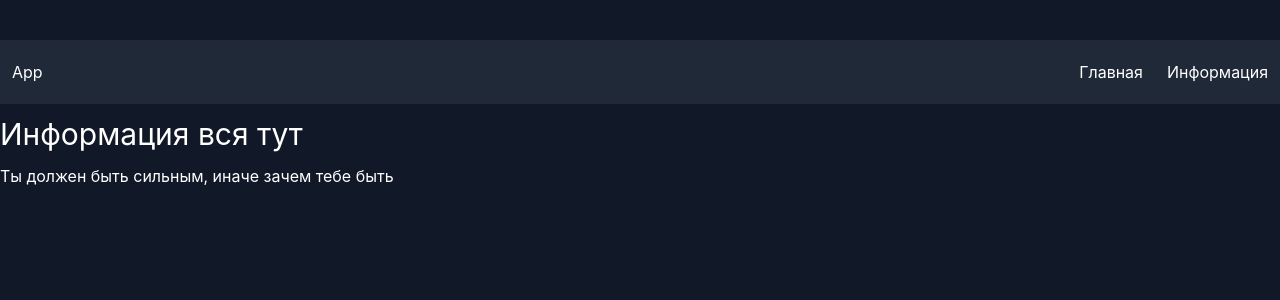
Repository: VachArt/react-exam-work
Page: /about
These files come from the project's save history. The page is drawn as it stood at one moment and after the next save; the edit follows.
The browser window is 1280 px wide. The pictures show the whole page.
The project was rebuilt for these pictures with package versions that can differ from the ones it lists, and the page was loaded fresh each time. Also part of the build but not shown: src/components/pages/Home/item/Check.jsx, src/components/pages/Home/item/TodoItem.jsx, src/components/pages/Home/create-todo-field/CreateTodoField.jsx, src/components/pages/Home/Home.jsx.

Above is the page before, as saved 2022-04-27 23:49:00.

### src/App.jsx
import React from 'react'
import {BrowserRouter, Route, Routes} from 'react-router-dom'
import { Navbar } from './components/pages/Home/Navbar'
import { Home } from './components/pages/Home/Home'
import { About } from './components/pages/About/About'
import Layout from './components/layout/Layout'





function App() {
    return (
            <Layout>
                <BrowserRouter>
                    <Navbar />
                        <div>
                            <Routes>
                                <Route path='/' exact element={<Home />} />
                                <Route path='/about' element={<About />} />
                            </Routes>
                        </div>
                </BrowserRouter>
            </Layout>
    )
}

export default App;

### src/components/pages/Home/Navbar.jsx
import React from 'react'
import {NavLink} from 'react-router-dom'

export const Navbar = () => (
    <nav className='bg-gray-800 flex items-center justify-between h-16 text-white'>
        <div className='navbar-brand p-3 hover:text-pink-400'>
            App
        </div>
        <ul className="flex items-center justify-between">
            <li className="px-3 hover:text-pink-400">
                <NavLink
                    to="/"
                    exact
                >
                    Главная
                </NavLink>
            </li>
            <li className="px-3 hover:text-pink-400">
                <NavLink
                    to="/about"
                >
                    Информация
                </NavLink>
            </li>
        </ul>
    </nav>
)

### src/components/pages/About/About.jsx
import React from "react"

export const About = () => (
    <div>
        <div className="text-white mr-2">
            <h1 className="text-3xl my-3">Информация вся тут</h1>
            <p className="">Ты должен быть сильным, иначе зачем тебе быть</p>
        </div>
    </div>
)

### src/components/layout/Layout.jsx
import React from 'react'

const Layout = ({ children }) => {
    return <div className='py-10 bg-gray-900 h-screen'>{children}</div>
}

export default Layout

Loaded but not shown: public/index.html (common file); src/index.jsx (common file); src/index.css (common file); tailwind.config.js (common file)

After the next save:
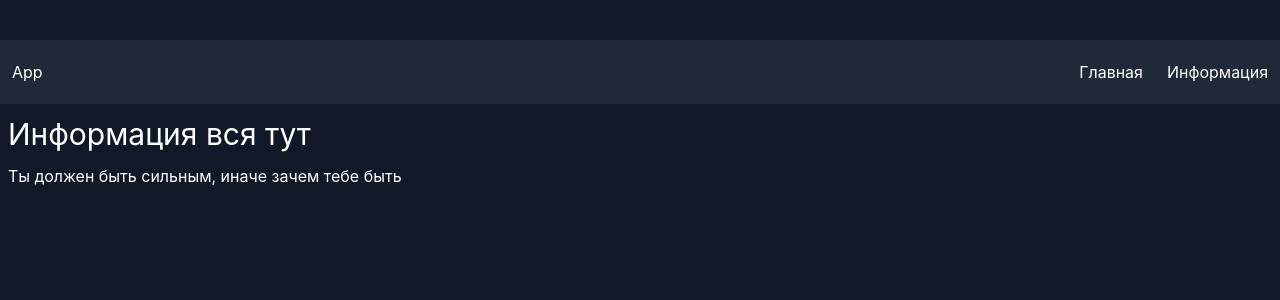
Saved 17 s later.
--- a/src/components/pages/About/About.jsx
+++ b/src/components/pages/About/About.jsx
@@ -2,7 +2,7 @@ import React from "react"
 
 export const About = () => (
     <div>
-        <div className="text-white mr-2">
+        <div className="text-white mx-2">
             <h1 className="text-3xl my-3">Информация вся тут</h1>
             <p className="">Ты должен быть сильным, иначе зачем тебе быть</p>
         </div>
